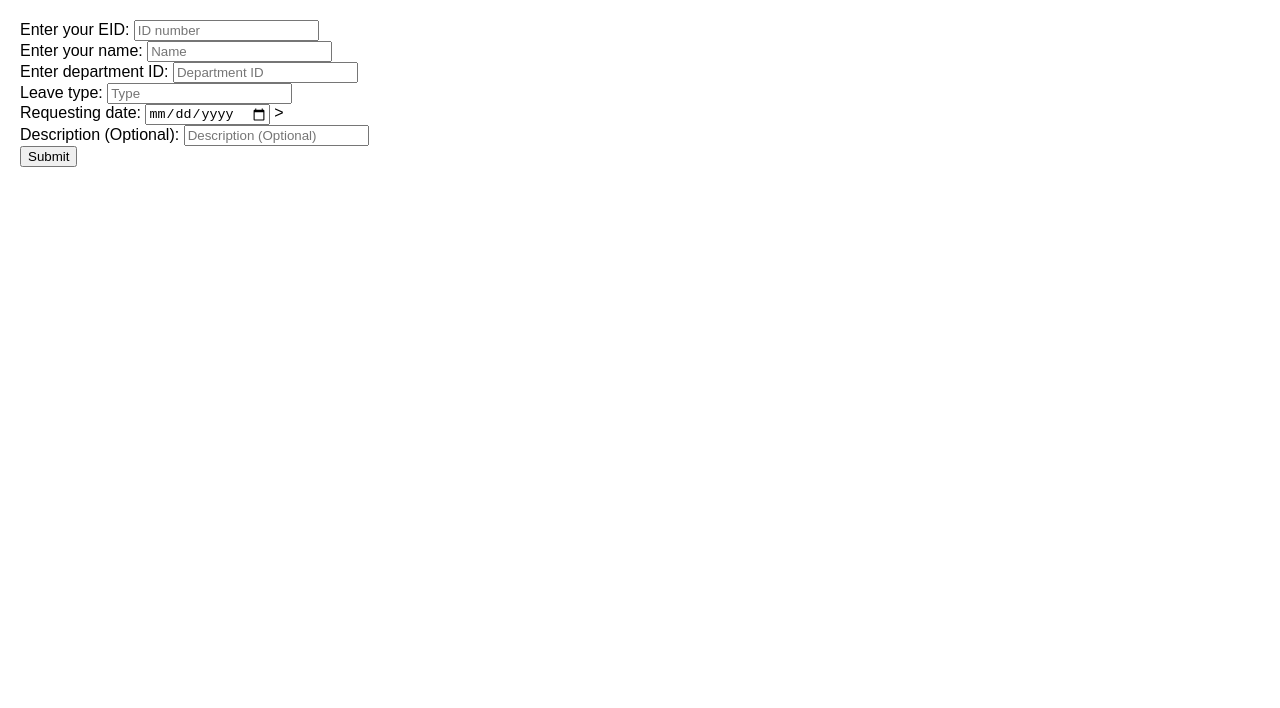
Repository: sakuuLay/StaffManagementSys
Page: http://localhost/test/LeaveRequest.jsp
These files come from the project's save history. The page is drawn as it stood at one moment and after the next save; the edit follows.
The browser window is 1280 px wide. The pictures show the whole page.
The page is served by Tomcat 9. Nobody is signed in. The application's start-up code is not run.

Above is the page before, as saved 2024-10-20 09:23:59.

After the next save:
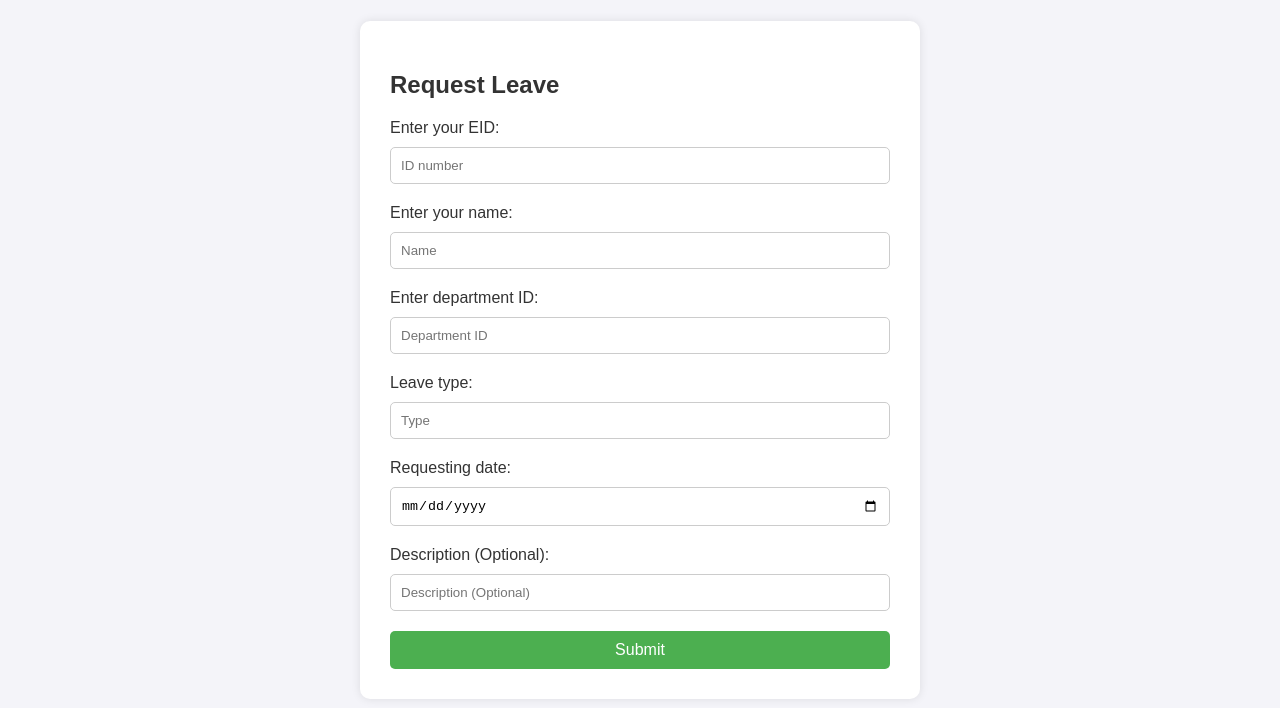
Saved 26 min 7 s later.
--- a/test/src/main/webapp/LeaveRequest.jsp
+++ b/test/src/main/webapp/LeaveRequest.jsp
@@ -8,55 +8,95 @@
     <meta charset="UTF-8">
     <meta name="viewport" content="width=device-width, initial-scale=1.0">
 
-    <style>
-        body {
-            font-family: Arial, sans-serif;
-            margin: 20px;
-        }
-        span.error {
-            color: red;
-            display: none;
-        }
-    </style>
-
+<style>
+    body {
+        font-family: Arial, sans-serif;
+        background-color: #f4f4f9;
+        margin: 0;
+        display: flex;
+        justify-content: center;
+        align-items: center;
+        height: 100vh;
+    }
+    .form-container {
+        background: #fff;
+        padding: 30px;
+        border-radius: 10px;
+        box-shadow: 0 0 10px rgba(0, 0, 0, 0.1);
+        max-width: 500px;
+        width: 100%;
+    }
+    .form-container h2 {
+        margin-bottom: 20px;
+        color: #333;
+    }
+    .form-container label {
+        display: block;
+        margin-bottom: 10px;
+        color: #333;
+    }
+    .form-container input[type="text"],
+    .form-container input[type="date"] {
+        width: 100%;
+        padding: 10px;
+        margin-bottom: 20px;
+        border: 1px solid #ccc;
+        border-radius: 5px;
+        box-sizing: border-box;
+    }
+    .form-container .error {
+        color: red;
+        display: none;
+    }
+    .form-container button {
+        width: 100%;
+        padding: 10px;
+        border: none;
+        border-radius: 5px;
+        background-color: #4CAF50;
+        color: white;
+        font-size: 16px;
+        cursor: pointer;
+    }
+    .form-container button:hover {
+        background-color: #45a049;
+    }
+</style>
 </head>
 
 
 <body>
+    <div class="form-container">
+        <h2>Request Leave</h2>
+        <form action="LeaveCtrlServlet" method="post">
+            <label for="empintID">Enter your EID:</label>
+            <input type="text" id="empintID" name="eid" placeholder="ID number" pattern="(100|[1-9]?[0-9])$" required>
+            <span id="errorInt" class="error">Please enter a valid (integer) number.</span>
 
-    <form action="LeaveCtrlServlet" method="post">
-        <label for="empintID">Enter your EID:</label>
-        <input type="text" id="empintID" name="eid" placeholder="ID number" pattern = "(100|[1-9]?[0-9])$" required>
-        <span id="errorInt" class="error">Please enter a valid (integer) number.</span><br>
+            <label for="empname">Enter your name:</label>
+            <input type="text" id="empname" name="name" placeholder="Name" required>
 
-        <label for="empname">Enter your name:</label>
-        <input type="text" id="empname" name="name" placeholder="Name" required>
-        <br>
+            <label for="empdid">Enter department ID:</label>
+            <input type="text" id="empdid" name="did" placeholder="Department ID" pattern="[A-Z]{2}\d{2}" required>
+            <span id="errorDept" class="error">Department ID <i>ex</i> : 'SM01'</span>
 
-        <label for="empdid">Enter department ID:</label>
-        <input type="text" id="empdid" name="did" placeholder="Department ID" pattern="[A-Z]{2}\d{2}" required>
-        <span id="errorDept" class="error">Department ID <i>ex</i> : 'SM01'</span><br>
+            <label for="type">Leave type:</label>
+            <input type="text" id="type" name="type" placeholder="Type" required>
 
-        <label for="type">Leave type:</label>
-        <input type="text" id="type" name="type" placeholder="Type" required>
-        <br>
+            <label for="date">Requesting date:</label>
+            <input type="date" id="date" name="date" required>
 
-        <label for="date">Requesting date:</label>
-        <input type="date" id="date" name="date" required>
-        ><br>
+            <label for="des">Description (Optional):</label>
+            <input type="text" id="des" name="des" placeholder="Description (Optional)">
 
-        <label for="des">Description (Optional):</label>
-        <input type="text" id="des" name="des" placeholder="Description (Optional)"><br>
-
-        <button type="submit">Submit</button>
-    </form>
-
+            <button type="submit">Submit</button>
+        </form>
+    </div>
     <script>
         // Validate integer input
         document.getElementById('empintID').addEventListener('input', function (event) {
             var input = event.target;
             var errorMessage = document.getElementById('errorInt');
-
             if (input.validity.patternMismatch) {
                 errorMessage.style.display = 'block';
             } else {
@@ -64,10 +104,10 @@
             }
         });
 
+        // Validate department ID input
         document.getElementById('empdid').addEventListener('input', function (event) {
             var input = event.target;
             var errorMessage = document.getElementById('errorDept');
-
             if (input.validity.patternMismatch) {
                 errorMessage.style.display = 'block';
             } else {
